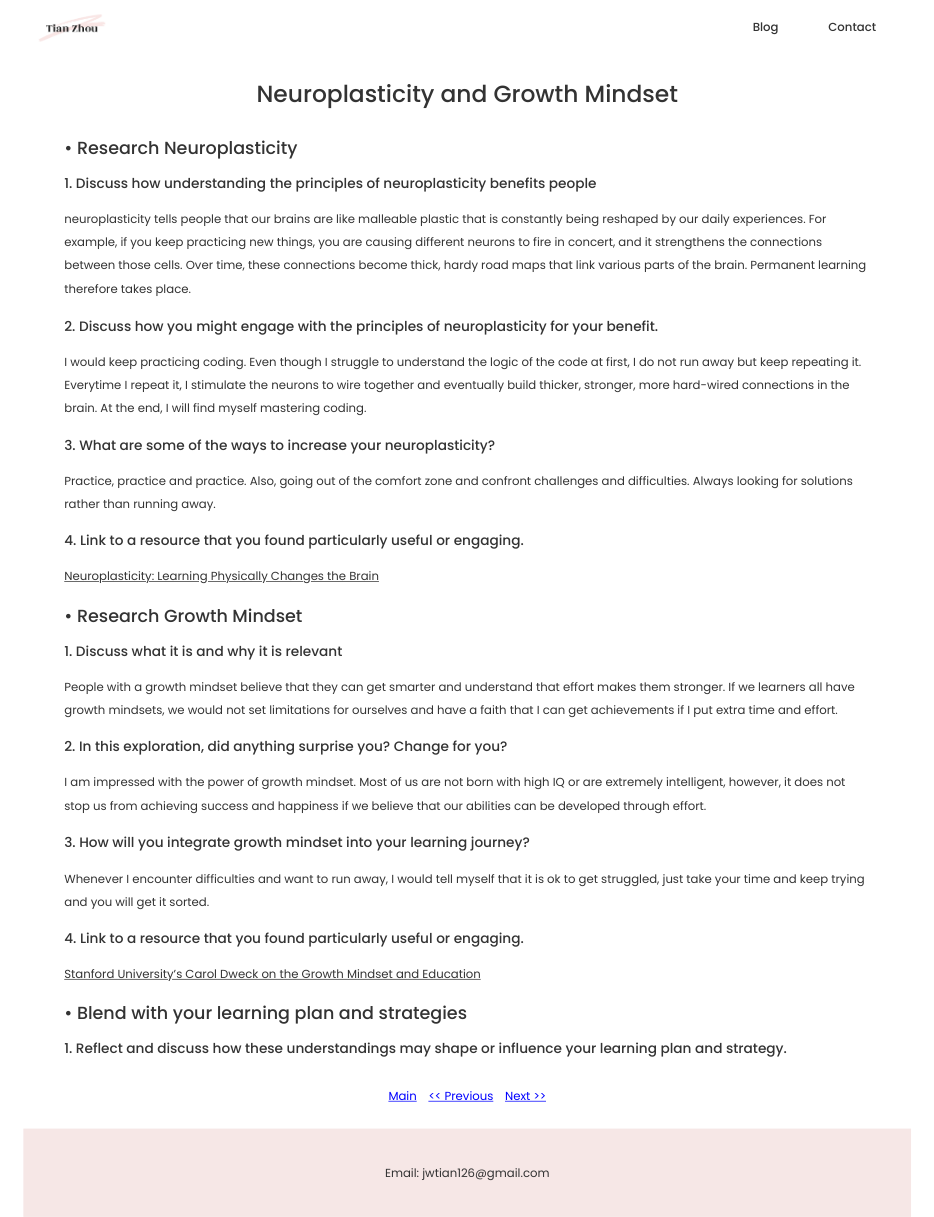
Repository: Tiaanz/Tiaanz.github.io
Page: blog/neuroplasticity.html
The author's editor kept a copy of each file at every save. The page is drawn from the files as they stood at one save, then again after the next save.
The browser window is 1280 px wide. The pictures show the whole page, at 73% of full size.

Above is the page before, as saved 2023-01-30 14:40:21.

### blog/neuroplasticity.html
<!DOCTYPE html>
<html lang="en">

<head>
    <meta charset="UTF-8">
    <meta http-equiv="X-UA-Compatible" content="IE=edge">
    <meta name="viewport" content="width=device-width, initial-scale=1.0">
    <link rel="stylesheet" href="../styles/main.css">
    <link href="https://fonts.googleapis.com/css2?family=Poppins:wght@300;400;500;600;700;800&display=swap"
        rel="stylesheet">
    <title>Neuroplasticity and Growth Mindset</title>
</head>

<body>
    <div class="container">
        <header>
            <div class="logo">
                <a href="../index.html"><img src="../images/logo.png" alt="logo"></a>
            </div>
            <div class="nav">
                <a href="../index.html#blogs">Blog</a>
                <a href="#footer">Contact</a>
            </div>
        </header>
        <main class="main-blog">
            <h1>Neuroplasticity and Growth Mindset</h1>
            <h2>• Research Neuroplasticity</h2>
            <h3>1. Discuss how understanding the principles of neuroplasticity benefits people</h3>
            <p>neuroplasticity tells people that our brains are like malleable plastic that is constantly being reshaped
                by our daily experiences. For example, if you keep practicing new things, you are causing different
                neurons to fire in concert, and it strengthens the connections between those cells. Over time, these
                connections become thick, hardy road maps that link various parts of the brain. Permanent learning
                therefore takes place.
            </p>
            <h3>2. Discuss how you might engage with the principles of neuroplasticity for your benefit.</h3>
            <p>I would keep practicing coding. Even though I struggle to understand the logic of the code at first, I do
                not run away but keep repeating it. Everytime I repeat it, I stimulate the neurons to wire together and
                eventually build thicker, stronger, more hard-wired connections in the brain. At the end, I will find
                myself mastering coding.</p>
            <h3>3. What are some of the ways to increase your neuroplasticity?</h3>
            <p>Practice, practice and practice. Also, going out of the comfort zone and confront challenges and
                difficulties. Always looking for solutions rather than running away.</p>
            <h3>4. Link to a resource that you found particularly useful or engaging.</h3>
            <p><a href="https://www.edutopia.org/neuroscience-brain-based-learning-neuroplasticity">Neuroplasticity:
                    Learning Physically Changes the Brain</a></p>
            <h2>• Research Growth Mindset</h2>
            <h3>1. Discuss what it is and why it is relevant</h3>
            <p>People with a growth mindset believe that they can get smarter and understand that effort makes them
                stronger. If we learners all have growth mindsets, we would not set limitations for ourselves and have a
                faith that I can get achievements if I put extra time and effort. </p>
            <h3>2. In this exploration, did anything surprise you? Change for you?</h3>
            <p>I am impressed with the power of growth mindset. Most of us are not born with high IQ or are extremely
                intelligent, however, it does not stop us from achieving success and happiness if we believe that our
                abilities can be developed through effort.</p>
            <h3>3. How will you integrate growth mindset into your learning journey?</h3>
            <p>Whenever I encounter difficulties and want to run away, I would tell myself that it is ok to get
                struggled, just take your time and keep trying and you will get it sorted.</p>
            <h3>4. Link to a resource that you found particularly useful or engaging.</h3>
            <p><a href="https://onedublin.org/2012/06/19/stanford-universitys-carol-dweck-on-the-growth-mindset-and-education/

                ">Stanford University’s Carol Dweck on the Growth Mindset and Education</a></p>
            <h2>• Blend with your learning plan and strategies</h2>
            <h3>1. Reflect and discuss how these understandings may shape or influence your learning plan and strategy.</h3>
            <p></p>
            <div class="page-nav">
                <a href="../index.html">Main</a>
                <a href="./emotional-intelligence.html"> &lt&lt Previous</a>
                <a href="#">Next >></a>
            </div>
        </main>
        <footer id="footer">
            <span>Email: jwtian126@gmail.com</span>
        </footer>
    </div>
</body>

</html>

### styles/main.css
* {
  margin: 0;
  padding: 0;
  box-sizing: border-box;
}

a {
  text-decoration: none;
  color: #333;
}



li{
  list-style: none;
}

img {
  max-width: 100%;
  height: auto;
  vertical-align: middle;
}

body {
  font-family: "Poppins", sans-serif;
  color: #333;
}

.container {
  display: flex;
  flex-direction: column;
  width: 95vw;
  margin: 0 auto;

}

header {
  display: flex;
  justify-content: space-between;
  align-items: center;
  padding: 1rem;
}

.logo {
  width: 100px;
  height: auto;
}



.nav a {
  margin: 0 1rem;
  padding: 0 1rem;
  font-weight: 500;
}

.nav a:hover {
  background-color: #f6e7e6;
}

main {
  display: flex;
  padding: 2rem 3rem;
}

main .profile-image {
  width: 100%;
  flex: 1.5;
  margin-right: 2rem;

}

main .introduction {
  flex: 1;
}

main .introduction h1 {
  margin-bottom: 1.5rem;
  font-weight: 500;
  font-size: 2.5rem;
}

main .introduction p {
  line-height: 2rem;
}

.blogs{
  display: flex;
  padding:1rem 3rem;
  margin-bottom: 2rem;

}

.blogs .tech-blog, .blogs .core-blog {
  flex:1;
  padding:0 3px;
  margin:0 3rem;
  text-align: center;
  border:2px solid #f6e7e6;
  border-radius: 20px;
}



.blogs h3{
  margin: 1rem 0;
  font-weight: 600;
  text-align: center;

}



.blogs a{
  text-decoration: underline;
  line-height: 2rem;
}

.main-blog{
    flex-direction: column;
    align-self: center;
    max-width: 1200px;
}

.main-blog h1{
  margin-bottom: 1rem;
  text-align: center;
  font-size: 2rem;
  font-weight: 500;

}

.main-blog h2{
  font-weight: 500;
  margin-top:1rem ;
}

.main-blog h3{
  font-weight: 500;
  margin:1rem 0;
}

.main-blog ul li{
  margin-bottom: 0.5rem;
}

.main-blog .css-image{
 max-width: 300px;
 margin: 1rem 0;
}

.main-blog .div-image{
  max-width: 600px;
  margin-top: 1rem;
 }

 .main-blog p{
  margin: 0.2rem 0;
  line-height: 2rem;
 }

 .main-blog a{
  text-decoration: underline;
 }

 .main-blog .page-nav{
  margin-top: 1rem;
  display: flex;
  gap:1rem;
  justify-content: center;
 }

 .main-blog .page-nav a{
  color:blue;
  text-decoration: underline;
 }

footer {
  padding: 3rem;
  background-color: #f6e7e6;
  text-align: center;
}

@media screen and (max-width: 1200px) {
  main {
    flex-direction: column;
  }

  main .introduction h1 {
    margin-top: 1rem;
    text-align: center;
  }

  main .introduction p {
    line-height: 2rem;
  }

  .blogs{
  flex-direction: column;
  gap:2rem;
  }

  .blogs .tech-blog, .blogs .core-blog{
    margin:0;
  }

}

@media screen and (max-width: 768px) {
  main {
    padding: 2rem;
  }

  main .introduction h1 {
    font-size: 2rem;
  }

  .main-blog h1{
    font-size: 1.5rem;
  }
}

@media screen and (max-width: 400px) {

    .nav a {
        margin: 0;
        padding: 0 0.4rem;
      }

      .blogs a{
        line-height: 2.5rem;
      }

  }

@media screen and (max-width: 320px) {


  main .introduction h1 {
    font-size: 1rem;
    margin-bottom: 1rem;
  }

  .main-blog h1{
    font-size: 1.2rem;
  }
}

After the next save:
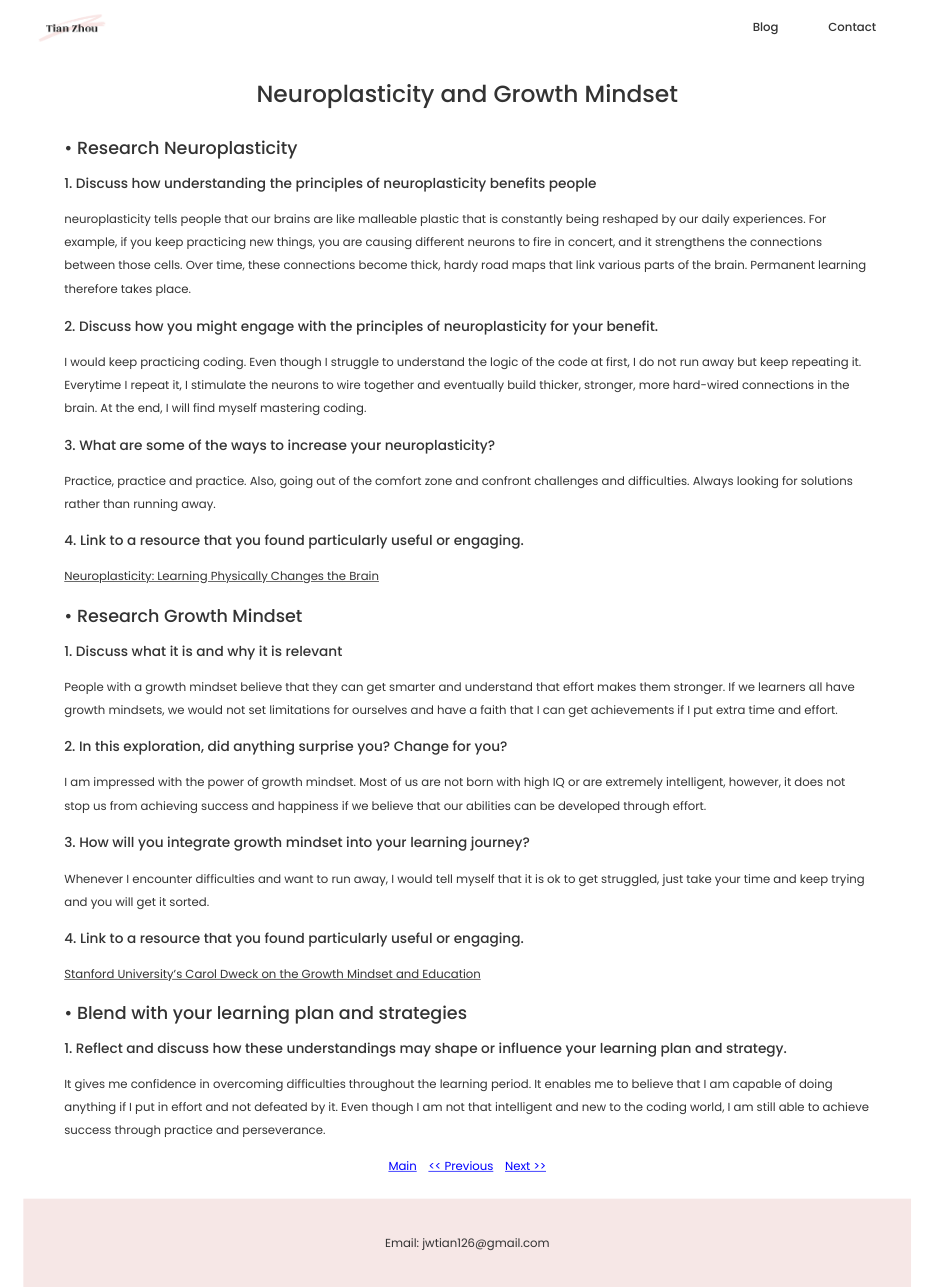
Saved 10 s later.
--- a/blog/neuroplasticity.html
+++ b/blog/neuroplasticity.html
@@ -61,7 +61,7 @@
                 ">Stanford University’s Carol Dweck on the Growth Mindset and Education</a></p>
             <h2>• Blend with your learning plan and strategies</h2>
             <h3>1. Reflect and discuss how these understandings may shape or influence your learning plan and strategy.</h3>
-            <p></p>
+            <p>It gives me confidence in overcoming difficulties throughout the learning period. It enables me to believe that I am capable of doing anything if I put in effort and not defeated by it. Even though I am not that intelligent and new to the coding world, I am still able to achieve success through practice and perseverance. </p>
             <div class="page-nav">
                 <a href="../index.html">Main</a>
                 <a href="./emotional-intelligence.html"> &lt&lt Previous</a>
